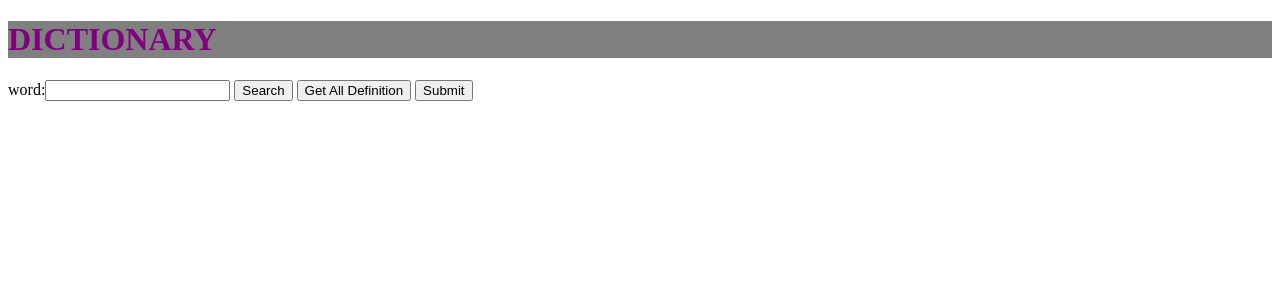
Repository: natalia-keane/info2180-lab6
Page: index.html
The author's editor kept a record of every edit. The page is drawn from the files as they stood at one moment, then again after the next edit.
The browser window is 1280 px wide. The pictures show the whole page.

Above is the page before.

### index.html
<!DOCTYPE html>
<html>
    <head>
        <title> Dictionary</title>
    </head>
    <body>
    <div style='background-color:grey;'>
        <h1 style='color:purple'><strong>DICTIONARY</strong> </h1>
    </div>
    <div>
        <form action="request.php" method="get" id="define">
            word:<input type="text" word="word" id="def">
            <input type="button" name="subj_search" id="sub_search" value="Search" onclick="newReq('request.php?=')" />
            <input type="button" name="subj_return"id="sub_return" value="Get All Definition" onclick="reqForAll('request.php?q=&all=true')" />
            <input type="submit" value="Submit"/>
        </form>
        <div id="rez">
            <ol>

            </ol>
        </div>

    </div>
    <script type="text/javascript">
        function newReq(url){
            var httpReq= new XMLHttpRequest();
            var rez=document.getElementById("def").value;
            console.log(rez);
            httpReq.onreadystatechange=function(){
                if(httpReq.readyState==XMLHttpRequest.DONE && httpReq.status==200){
                        document.getElementById("def").innerHTML=httpReq.responseText;
                        alert("Definition: A statement of the exact meaning of a word, especially in a dictionary.");
                    }
                    else{
                        alert("ERROR ERROR");
                    }

            };
            httpReq.open('GET', "request.php?q=" + rez, true);
            httpReq.send();
        }

       function reqForAll(url){
            var httpReq_1=new XMLHttpRequest();
            httpReq_1.onreadystatechange = function(){
                if(httpReq_1.readyState == XMLHttpRequest.DONE && httpReq_1.status==200){
                        var ol=document.createElement("ol");
		                var p1=document.createElement("p1");
                        var t=document.createTextNode("httpReq.responseText");
                        ol.appendChild(p1);
                        document.body.appendChild(ol);
                    }
                    else{
                        alert("ERROR ERROR");
                    }

            };
            httpReq_1.open('GET',  "request.php?q=&all=true", true);
            httpReq_1.send();
        }


    </script>
    </body>
   </html>

After the next edit:
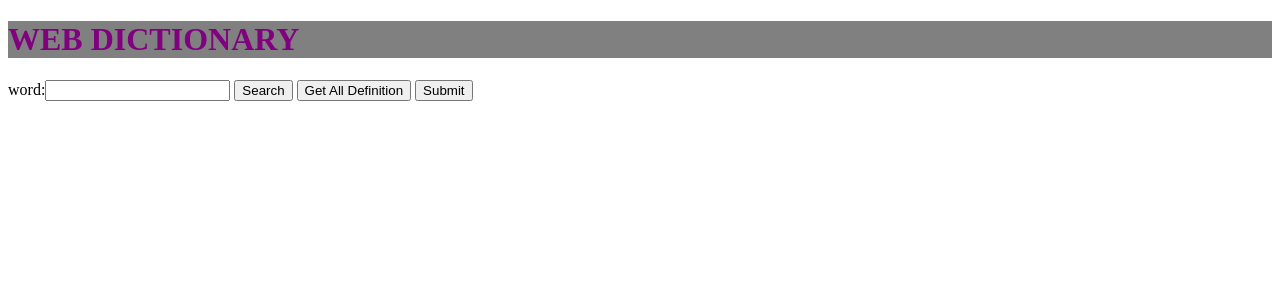
The edit:
--- a/index.html
+++ b/index.html
@@ -5,7 +5,7 @@
     </head>
     <body>
     <div style='background-color:grey;'>
-        <h1 style='color:purple'><strong>DICTIONARY</strong> </h1>
+        <h1 style='color:purple'><strong>WEB DICTIONARY</strong> </h1>
     </div>
     <div>
         <form action="request.php" method="get" id="define">
